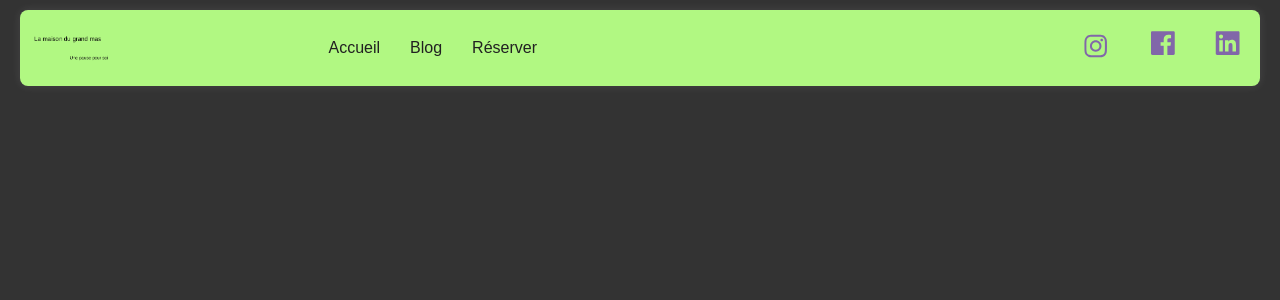
Repository: Crosnierpaul/Les_Rangers_de_Pouvoir
Page: http://localhost/blog
The author's editor kept a copy of each file at every save. The page is drawn from the files as they stood at one save, then again after the next save.
The browser window is 1280 px wide. The pictures show the whole page.
The page is served by the project's Node server (server.js).

Above is the page before, as saved 2024-04-25 16:04:48.

After the next save:
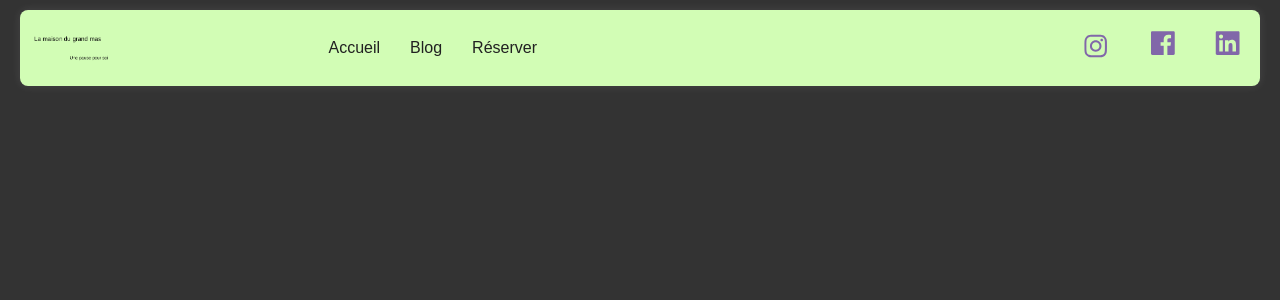
Saved 15 s later.
--- a/site/public/css/navbar.css
+++ b/site/public/css/navbar.css
@@ -180,7 +180,7 @@
 .container {
     margin: 0px;
 	max-width: max-content;
-	background-color: rgb(177, 248, 130);
+	background-color: rgb(210, 253, 181);
 }
 
 #logo {
